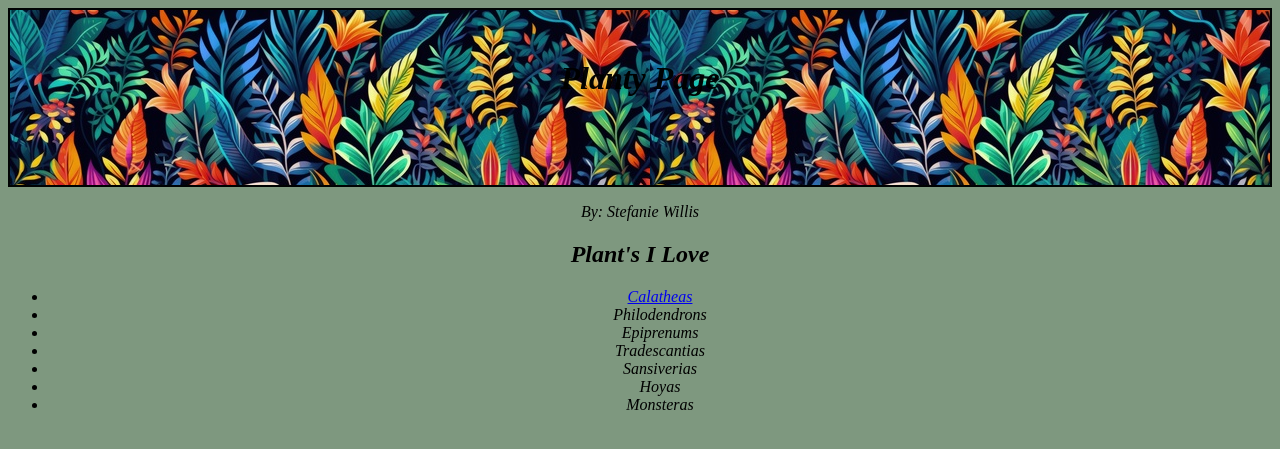
Repository: swillis91/odin-recipies
Page: Planty Page/index.html
An editor plug-in stored every save of this project. The page is shown before and after the next save, followed by the edit.
The browser window is 1280 px wide. The pictures show the whole page.

Above is the page before, as saved 2023-08-11 00:24:48.

### Planty Page/index.html
<!DOCTYPE html>
    <html>
        <head>
            <title>Planty Page- Home</title>
            <link href="style.css" rel="stylesheet"
        </head>
        <body>
            <h1 class="heading">Planty Page</h1>
                <p>By: Stefanie Willis</p>
            <h2>Plant's I Love</h2>
            <ul>
                <li><a href="/calatheas.html" class="navigation">Calatheas</a></li>
                <li>Philodendrons</li>
                <li>Epiprenums</li>
                <li>Tradescantias</li>
                <li>Sansiverias</li>
                <li>Hoyas</li>
                <li>Monsteras</li>
            </ul>
        </body>
    </html>

### Planty Page/style.css
body{
    background-color: rgb(126, 152, 127);
    color:black;
    text-align: center;
    font-family:cursive;
    font-style: oblique;
}

.heading{
    color: rgba(0, 0, 0, 0.974);
    border: 2px solid rgb(0, 3, 3);
    background-image: url('Images/banner.jpg');
    height: 75px;
    margin: 0 auto;
    padding:50px 20px;

}

.care{
    text-align: justify;
    width: 600px;

}

#calathea-makoyana{
    width: 500px;
    Height: auto:
}

table{

}

After the next save:
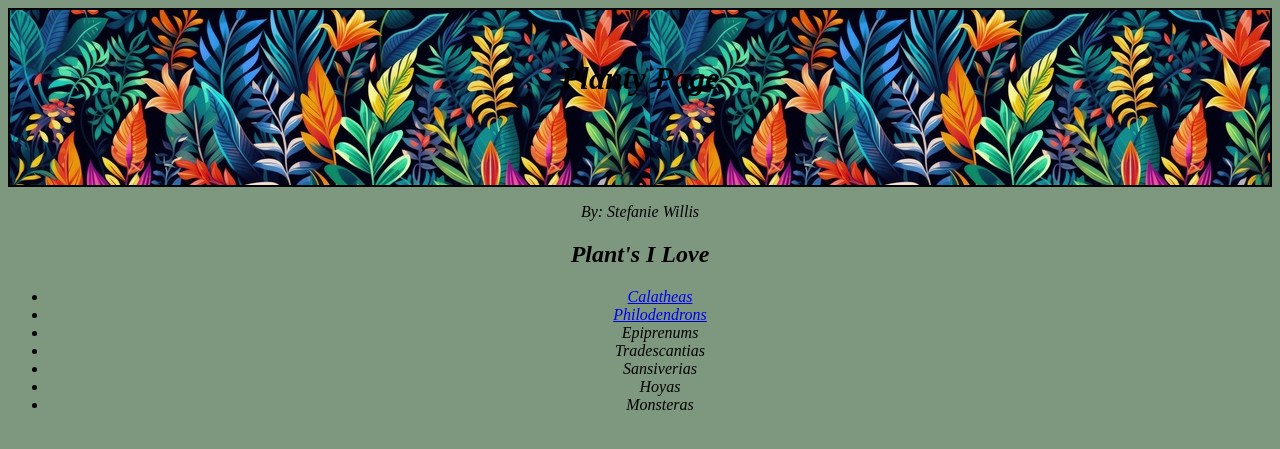
Saved 3 min 48 s later.
--- a/Planty Page/index.html
+++ b/Planty Page/index.html
@@ -10,7 +10,7 @@
             <h2>Plant's I Love</h2>
             <ul>
                 <li><a href="/calatheas.html" class="navigation">Calatheas</a></li>
-                <li>Philodendrons</li>
+                <li><a href="./philodendrons.html" class="navigation">Philodendrons</a></li>
                 <li>Epiprenums</li>
                 <li>Tradescantias</li>
                 <li>Sansiverias</li>
